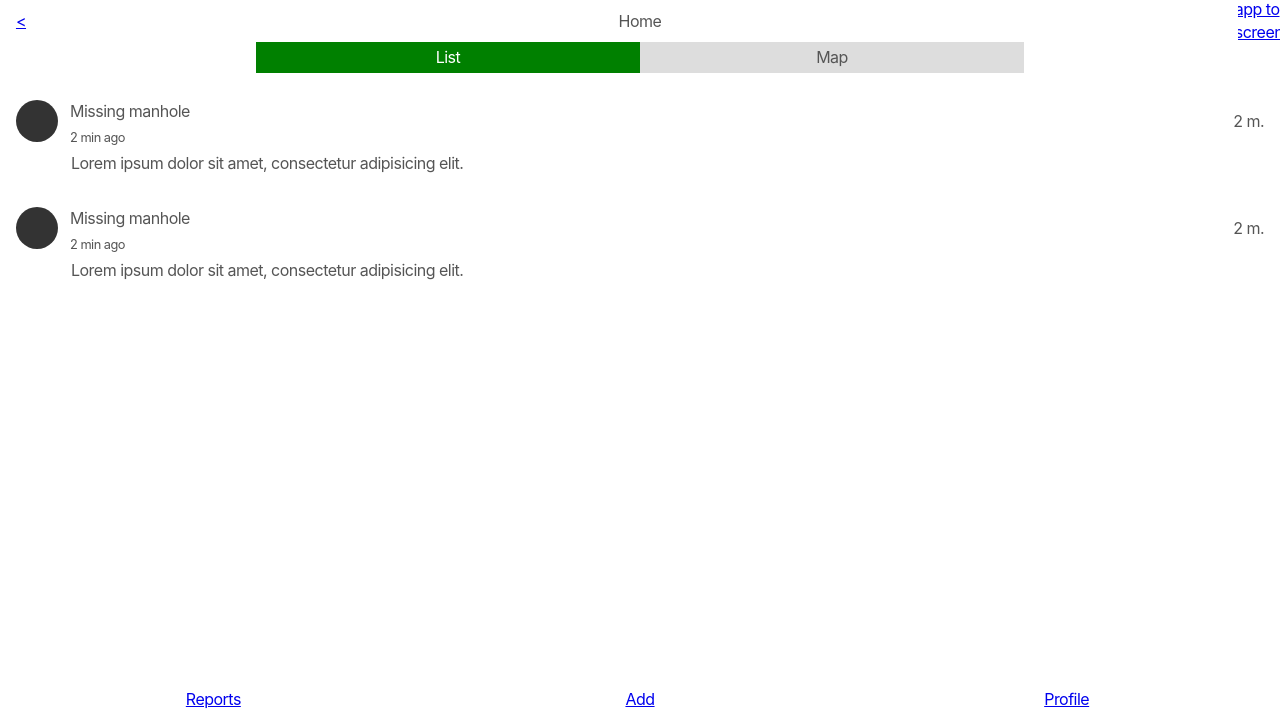
Repository: aleksandrenko/html-css-playground
Page: reports.html
The author's editor kept a copy of each file at every save. The page is drawn from the files as they stood at one save, then again after the next save.
The browser window is 1280 px wide. The pictures show the whole page.

Above is the page before, as saved 2018-01-19 17:47:14.

### reports.html
<!DOCTYPE html>
<html lang="en">
<head>
  <meta charset="UTF-8">
  <meta name="viewport" content="width=device-width, initial-scale=1">
  <link rel="stylesheet" href="./css/shared.css">
  <link rel="stylesheet" href="./css/pages/reports.css">
</head>
<body>

<app>
  <header>
    <left>
      <history-control>
        <a href="#"><</a>
      </history-control>
    </left>
    <middle>
      <page-name>Home</page-name>
    </middle>
    <right>
      <context-menu>
        <a href="#">About</a>
        <a href="#">Add app to screen</a>
        <a href="#">Terms of use</a>
      </context-menu>
    </right>
  </header>
  <sub-header>
    <views>
      <view selected>List</view>
      <view>Map</view>
    </views>
  </sub-header>
  <main>
    <reports>
      <report>
        <picture>
          <img src="#" alt="">
        </picture>
        <name>Missing manhole</name>
        <distance>2 m.</distance>
        <date>2 min ago</date>
        <comment>Lorem ipsum dolor sit amet, consectetur adipisicing elit.</comment>
      </report>
      <report>
        <picture>
          <img src="#" alt="">
        </picture>
        <name>Missing manhole</name>
        <distance>2 m.</distance>
        <date>2 min ago</date>
        <comment>Lorem ipsum dolor sit amet, consectetur adipisicing elit.</comment>
      </report>
    </reports>

  </main>
  <footer>
    <nav>
      <a href="#">Reports</a>
      <a href="#">Add</a>
      <a href="profile.html">Profile</a>
    </nav>
  </footer>
</app>

</body>
</html>

### css/shared.css
@import "config.css";
@import "reset.css";
@import "global.css";

@import "debug.css";

@import "layout.css";

### css/pages/reports.css
reports {
  display: flex;
  flex-direction: column;
}

reports report {
  display: flex;
  flex-direction: column;
  padding: 1rem;
  position: relative;
}

reports report picture {
  width: 42px;
  height: 42px;
  border-radius: 50%;
  background: #333;
}

reports report name {
  position: absolute;
  top: 1rem;
  left: 70px;
  right: 50px;
  white-space: nowrap;
  overflow: hidden;
  text-overflow: ellipsis;
}

reports report distance {
  position: absolute;
  top: 1rem;
  line-height: 42px;
  right: 1rem;
}

reports report date {
  position: absolute;
  top: 2.8rem;
  left: 70px;
  font-size: 0.8rem;
}

reports report comment {
  padding-left: 55px;
  padding-top: 10px;
}

sub-header views {
  display: flex;
  flex-direction: row;
  justify-content: center;
}

sub-header views view {
  padding: 0.25rem;
  width: 30%;
  text-align: center;
  background: #ddd;
}

sub-header views view[selected] {
  background: green;
  color: #fff;
}

### css/config.css
:root {
    --header-height: 42px;
    --footer-height: 42px;

    --min-width: 320px;
    --min-height: 460px;

    --text-global-color: #555;
    --text-global-font: "SF Pro Display", "SF Pro Icons", "Helvetica Neue", "Helvetica", "Roboto", "Arial" ,sans-serif;
}

### css/reset.css
html, body, div, span,
h1, h2, h3, h4, h5, h6, p,
a, abbr, acronym, address, img,
small, strike, strong,
b, u, i, center, ol, ul, li,
fieldset, form, label, footer, header,
menu, nav, section {
    margin: 0;
    padding: 0;
    border: 0;
    font-size: 100%;
    font: inherit;
    vertical-align: baseline;
}
/* HTML5 display-role reset for older browsers */
article, aside, details, figcaption, figure,
footer, header, hgroup, menu, nav, section {
    display: block;
}
body {
    line-height: 1;
}
ol, ul {
    list-style: none;
}

### css/global.css
body {
    min-height: var(--min-height);
    min-width: var(--min-width);

    overflow-x: hidden;
    -webkit-font-smoothing: antialiased;
    text-rendering: optimizeLegibility;
    font-size: 100%;
    line-height: 1.428571429;
    letter-spacing: -.032em;
}

* {
    box-sizing: border-box;
    display: block;
}

app {
    font-family: var(--text-global-font);
    color: var(--text-global-color);
    background: white;
    overflow-x: hidden;
}

### css/debug.css
body * {
  /* border: solid 1px rgba(0,0,0,0.2); */
}

### css/layout.css
app {
  display: flex;
  flex-direction: column;
  position: fixed;
  top: 0;
  bottom: 0;
  left: 0;
  right: 0;
}

/* app header */

app header {
  display: flex;
  height: 42px;
}

app header left {
  width: 42px;
}

app header > * {
  display: flex;
  justify-content: center;
  align-items: center;
  overflow: hidden;
}

app header middle {
  flex: 1;
}

app header middle page-name {
  text-align: center;
  white-space: nowrap;
  max-width: 90%;
  text-overflow: ellipsis;
  overflow: hidden;
}

app header right {
  width: 42px;
}

/* app sub-header */

app sub-header {
  height: 42px;
}

/* app main */

app main {
  flex: 1;
  position: relative;
  overflow: hidden;
}

/* app footer */

app footer {
  height: 42px;
  position: relative;
}

app footer nav {
  display: flex;
  flex-direction: row;
  height: 100%;
  align-items: center;
}

app footer nav a {
  flex: 1;
  text-align: center;
}

After the next save:
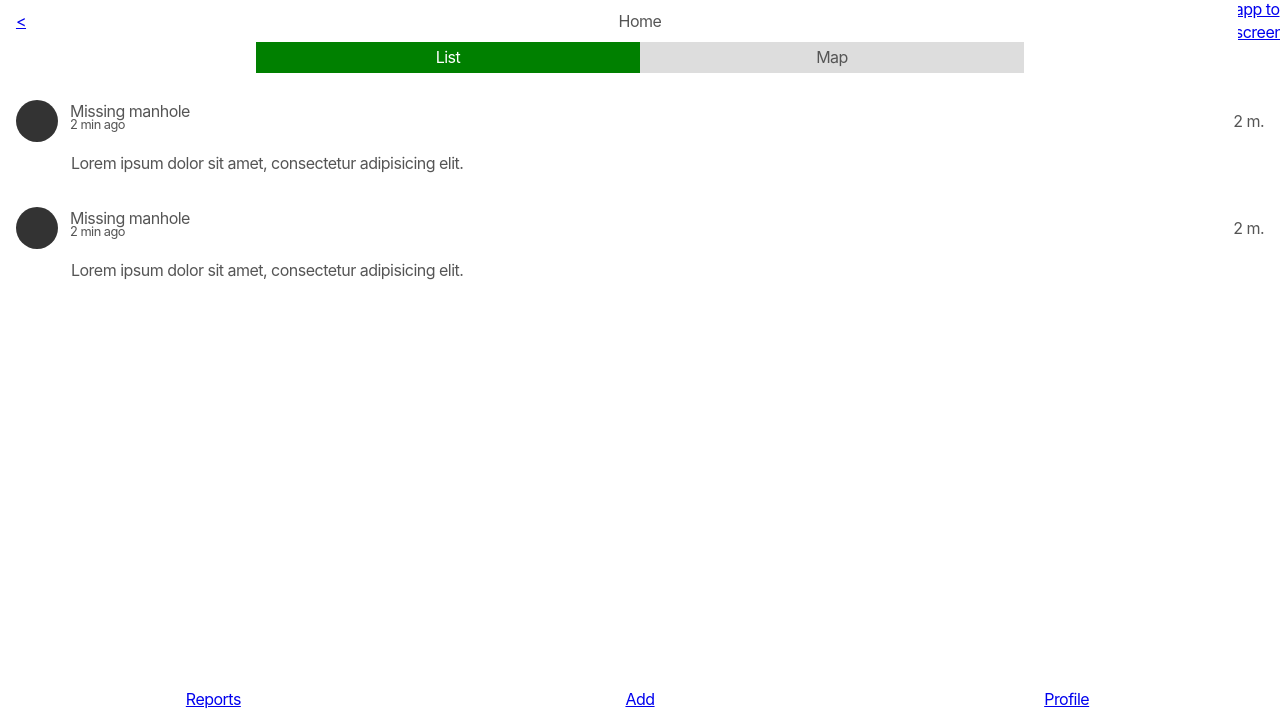
Saved 10 s later.
--- a/css/pages/reports.css
+++ b/css/pages/reports.css
@@ -36,7 +36,7 @@ reports report distance {
 
 reports report date {
   position: absolute;
-  top: 2.8rem;
+  top: 2rem;
   left: 70px;
   font-size: 0.8rem;
 }
